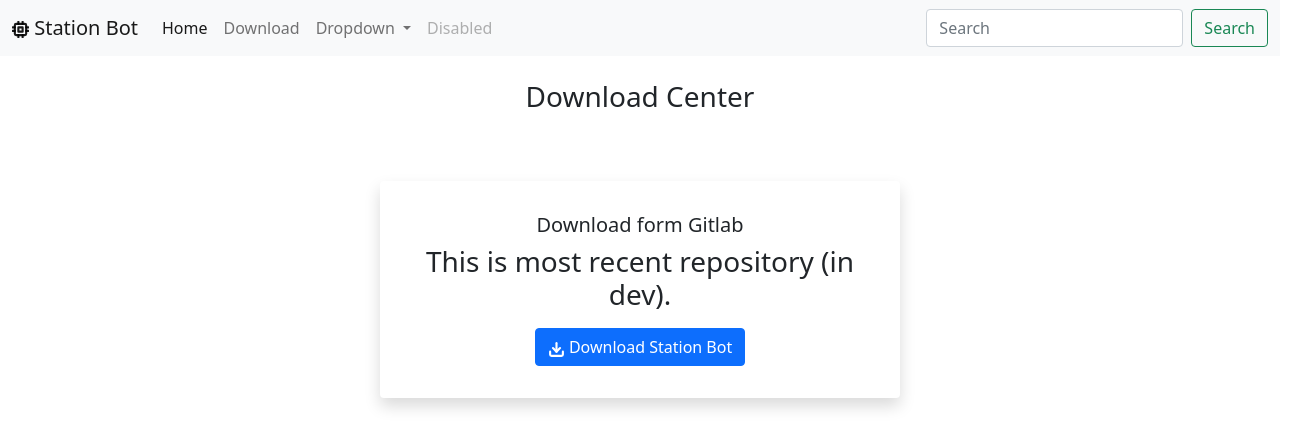
Repository: Valenplayer3000/StationBot-Web
Page: downloads.html
The author's editor kept a copy of each file at every save. The page is drawn from the files as they stood at one save, then again after the next save.
The browser window is 1280 px wide. The page is 1292 px wide, so the pictures cover 1292 px, including what lies to the right of the window. The pictures show the whole page.
Some web libraries are served in a nearby version.

Above is the page before, as saved 2021-11-02 09:18:05.

### downloads.html
<!DOCTYPE html>
<head>
    <!-- Required meta tags -->
    <meta charset="utf-8">
    <meta name="viewport" content="width=device-width, initial-scale=1">

    <!-- Bootstrap CSS and JS -->
    <script src="https://cdn.jsdelivr.net/npm/bootstrap@5.1.3/dist/js/bootstrap.bundle.min.js" integrity="sha384-ka7Sk0Gln4gmtz2MlQnikT1wXgYsOg+OMhuP+IlRH9sENBO0LRn5q+8nbTov4+1p" crossorigin="anonymous"></script>
    <link href="https://cdn.jsdelivr.net/npm/bootstrap@5.1.3/dist/css/bootstrap.min.css" rel="stylesheet" integrity="sha384-1BmE4kWBq78iYhFldvKuhfTAU6auU8tT94WrHftjDbrCEXSU1oBoqyl2QvZ6jIW3" crossorigin="anonymous">

    <!-- Font Awesome (Icons) -->
    <script src="https://kit.fontawesome.com/e5254c2b1e.js" crossorigin="anonymous"></script>

    <!-- Feather Icons -->
    <script src="https://unpkg.com/feather-icons"></script>
    <!-- Site's Titles -->
    <title>Station Bot</title>
</head>
<html lang="en">
  <nav class="navbar navbar-expand-lg navbar-light bg-light">
    <div class="container-fluid">
      <a class="navbar-brand" href="#"><i data-feather="cpu"></i> Station Bot</a>
      <button class="navbar-toggler" type="button" data-bs-toggle="collapse" data-bs-target="#navbarSupportedContent" aria-controls="navbarSupportedContent" aria-expanded="false" aria-label="Toggle navigation">
        <span class="navbar-toggler-icon"></span>
      </button>
      <div class="collapse navbar-collapse" id="navbarSupportedContent">
        <ul class="navbar-nav me-auto mb-2 mb-lg-0">
          <li class="nav-item">
            <a class="nav-link active" aria-current="page" href="index.html">Home</a>
          </li>
          <li class="nav-item">
            <a class="nav-link" href="#">Download</a>
          </li>
          <li class="nav-item dropdown">
            <a class="nav-link dropdown-toggle" href="#" id="navbarDropdown" role="button" data-bs-toggle="dropdown" aria-expanded="false">
              Dropdown
            </a>
            <ul class="dropdown-menu" aria-labelledby="navbarDropdown">
              <li><a class="dropdown-item" href="#">Action</a></li>
              <li><a class="dropdown-item" href="#">Another action</a></li>
              <li><hr class="dropdown-divider"></li>
              <li><a class="dropdown-item" href="#">Something else here</a></li>
            </ul>
          </li>
          <li class="nav-item">
            <a class="nav-link disabled">Disabled</a>
          </li>
        </ul>
        <form class="d-flex">
          <input class="form-control me-2" type="search" placeholder="Search" aria-label="Search">
          <button class="btn btn-outline-success" type="submit">Search</button>
        </form>
      </div>
    </div>
  </nav>
  <br>
  <h3 class="header">Download Center
  <br>
  <br>
  <br>
    <div class="row">
        <div class="col-sm-5 center">
          <div class="shadow p-3 mb-5 bg-body rounded">
            <div class="card-body">
              <h5 class="card-title">Download form Gitlab</h5>
              <p class="card-text">This is most recent repository (in dev).</p>
              <!-- Button trigger modal -->
                <button type="button" class="btn btn-primary" data-bs-toggle="modal" data-bs-target="#exampleModal"> <i data-feather="download"></i>  Download Station Bot
                </button>

                <!-- Modal -->
                <div class="modal fade" id="exampleModal" tabindex="1" aria-labelledby="exampleModalLabel" aria-hidden="true">
                  <div class="modal-dialog">
                    <div class="modal-content">
                      <div class="modal-header">
                        <h5 class="modal-title" id="exampleModalLabel">Modal title</h5>
                        <button type="button" class="btn-close" data-bs-dismiss="modal" aria-label="Close"></button>
                      </div>
                      <div class="modal-body">
                        You are going to Gitlab
                      </div>
                      <div class="modal-footer">
                        <button type="button" class="btn btn-danger"><i data-feather="check"></i> Take me to Download!</button>
                        <button type="button" class="btn btn-secondary" data-bs-dismiss="modal">Close</button>
                      </div>
                    </div>
                  </div>
                </div>
            </div>
          </div>
        </div>
      </div>
      <br>
</html>
<style>
  .feather {
  width: 17px;
  height: 17px;
  stroke: currentColor;
  stroke-width: 3;
  stroke-linecap: round;
  stroke-linejoin: round;
  fill: none;
}
.header{
  text-align: center;
}
.center{
  margin: 0 auto;
}
</style>
<script>
  feather.replace()
</script>
<script>
  var TxtRotate = function(el, toRotate, period) {
  this.toRotate = toRotate;
  this.el = el;
  this.loopNum = 1;
  this.period = parseInt(period, 10) || 1000;
  this.txt = '';
  this.tick();
  this.isDeleting = false;
};

TxtRotate.prototype.tick = function() {
  var i = this.loopNum % this.toRotate.length;
  var fullTxt = this.toRotate[i];

  if (this.isDeleting) {
    this.txt = fullTxt.substring(0, this.txt.length - 1);
  } else {
    this.txt = fullTxt.substring(0, this.txt.length + 1);
  }

  this.el.innerHTML = '<span class="wrap">'+this.txt+'</span>';

  var that = this;
  var delta = 200 - Math.random() * 100;

  if (this.isDeleting) { delta /= 2; }

  if (!this.isDeleting && this.txt === fullTxt) {
    delta = this.period;
    this.isDeleting = true;
  } else if (this.isDeleting && this.txt === '') {
    this.isDeleting = false;
    this.loopNum++;
    delta = 500;
  }

  setTimeout(function() {
    that.tick();
  }, delta);
};

window.onload = function() {
  var elements = document.getElementsByClassName('txt-rotate');
  for (var i=0; i<elements.length; i++) {
    var toRotate = elements[i].getAttribute('data-rotate');
    var period = elements[i].getAttribute('data-period');
    if (toRotate) {
      new TxtRotate(elements[i], JSON.parse(toRotate), period);
    }
  }
  // INJECT CSS
  var css = document.createElement("style");
  css.type = "text/css";
  css.innerHTML = ".txt-rotate > .wrap { border-right: 0.09em solid #666 }";
  document.body.appendChild(css);
};
</script>
<style>
@import url('https://fonts.googleapis.com/css2?family=Inter:wght@100;200;300;400;500;600;700;800;900&display=swap');
.tpyewirter {
text-align: center;
  font-family: 'Inter';
}
.button-center{
  display: flex;
  margin: auto;
}
</style>

After the next save:
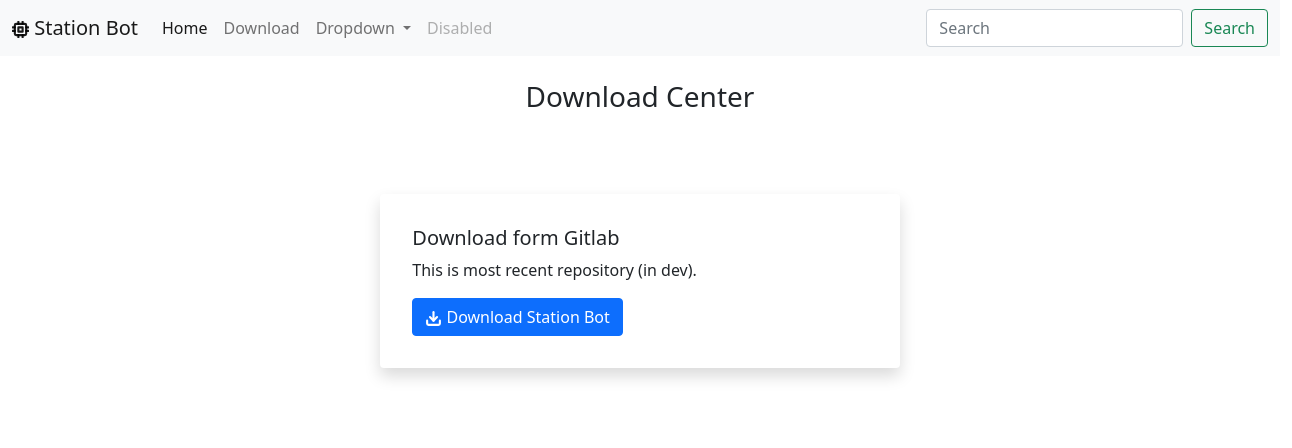
Saved 97 s later.
--- a/downloads.html
+++ b/downloads.html
@@ -54,7 +54,7 @@
     </div>
   </nav>
   <br>
-  <h3 class="header">Download Center
+  <h3 class="header">Download Center</h3>
   <br>
   <br>
   <br>
